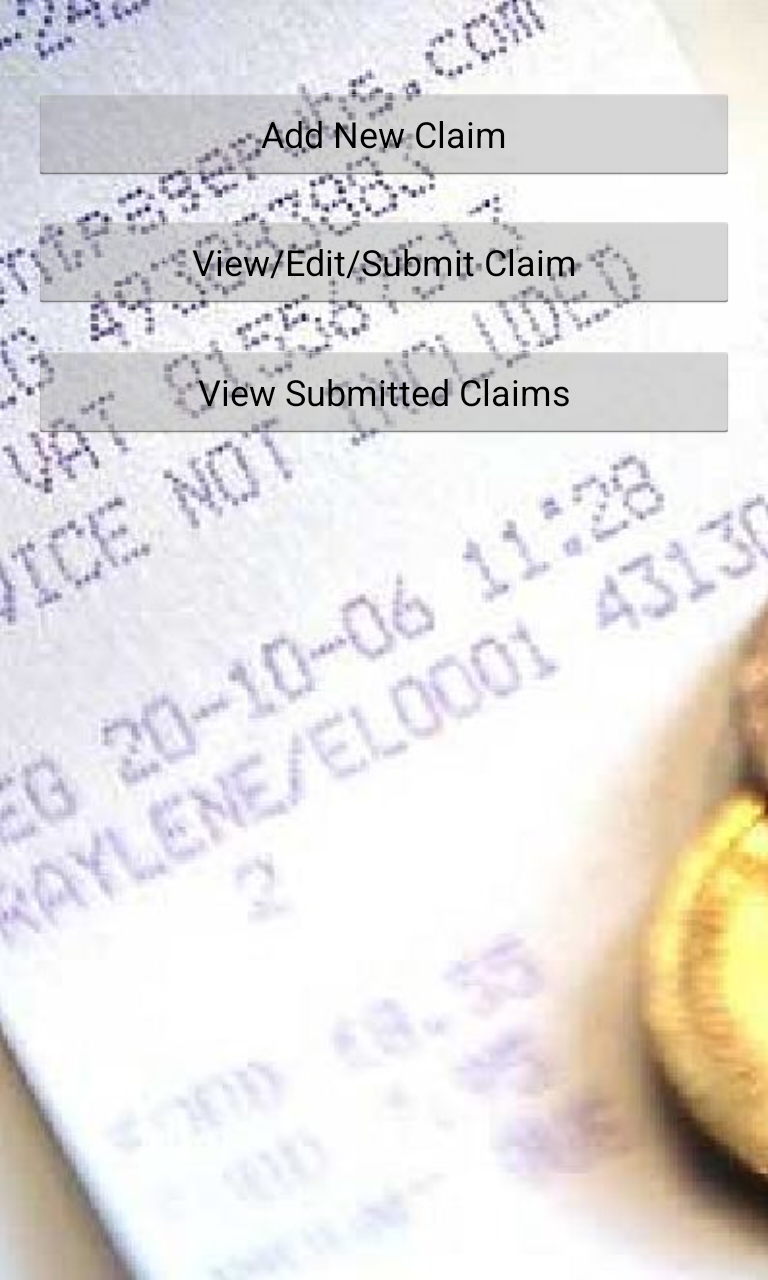
Repository: eorodrig/eorodrigTravelLogger
Layout: TravelLogger/res/layout/activity_main.xml
These files come from the project's save history. The layout is drawn as it stood at one moment and after the next save; the edit follows.
It is drawn on a 768 x 1280 px phone screen (xhdpi) without system bars, with theme AppTheme; the app's code is not run.

Above is the layout before, as saved 2015-01-16 05:41:00.

### TravelLogger/res/layout/activity_main.xml
<RelativeLayout xmlns:android="http://schemas.android.com/apk/res/android"
    xmlns:tools="http://schemas.android.com/tools"
    android:id="@+id/MainMenuLayout"
    android:layout_width="match_parent"
    android:layout_height="match_parent"
    android:background="@drawable/servicecharge2"
    android:orientation="vertical"
    android:paddingBottom="@dimen/activity_vertical_margin"
    android:paddingLeft="@dimen/activity_horizontal_margin"
    android:paddingRight="@dimen/activity_horizontal_margin"
    android:paddingTop="@dimen/activity_vertical_margin"
    tools:context="com.example.travellogger.MainActivity" >

    <Button
        android:id="@+id/MenuNewClaimButton"
        android:layout_width="match_parent"
        android:layout_height="wrap_content"
        android:layout_alignParentTop="true"
        android:layout_centerHorizontal="true"
        android:layout_marginTop="27dp"
        android:text="Add New Claim" />

    <Button
        android:id="@+id/ViewEditSubmitClaimButton"
        android:layout_width="match_parent"
        android:layout_height="wrap_content"
        android:layout_alignLeft="@+id/MenuNewClaimButton"
        android:layout_below="@+id/MenuNewClaimButton"
        android:layout_marginTop="16dp"
        android:text="View/Edit/Submit Claim" />

    <Button
        android:id="@+id/ViewSubmittedClaimsButton"
        android:layout_width="match_parent"
        android:layout_height="wrap_content"
        android:layout_alignLeft="@+id/ViewEditSubmitClaimButton"
        android:layout_below="@+id/ViewEditSubmitClaimButton"
        android:layout_marginTop="17dp"
        android:text="View Submitted Claims" />

</RelativeLayout>

Loaded but not shown: TravelLogger/res/values/styles.xml (common file); TravelLogger/res/values-v11/styles.xml (common file); TravelLogger/res/values-v14/styles.xml (common file); TravelLogger/res/values/dimens.xml (common file); TravelLogger/res/values-w820dp/dimens.xml (common file)

After the next save:
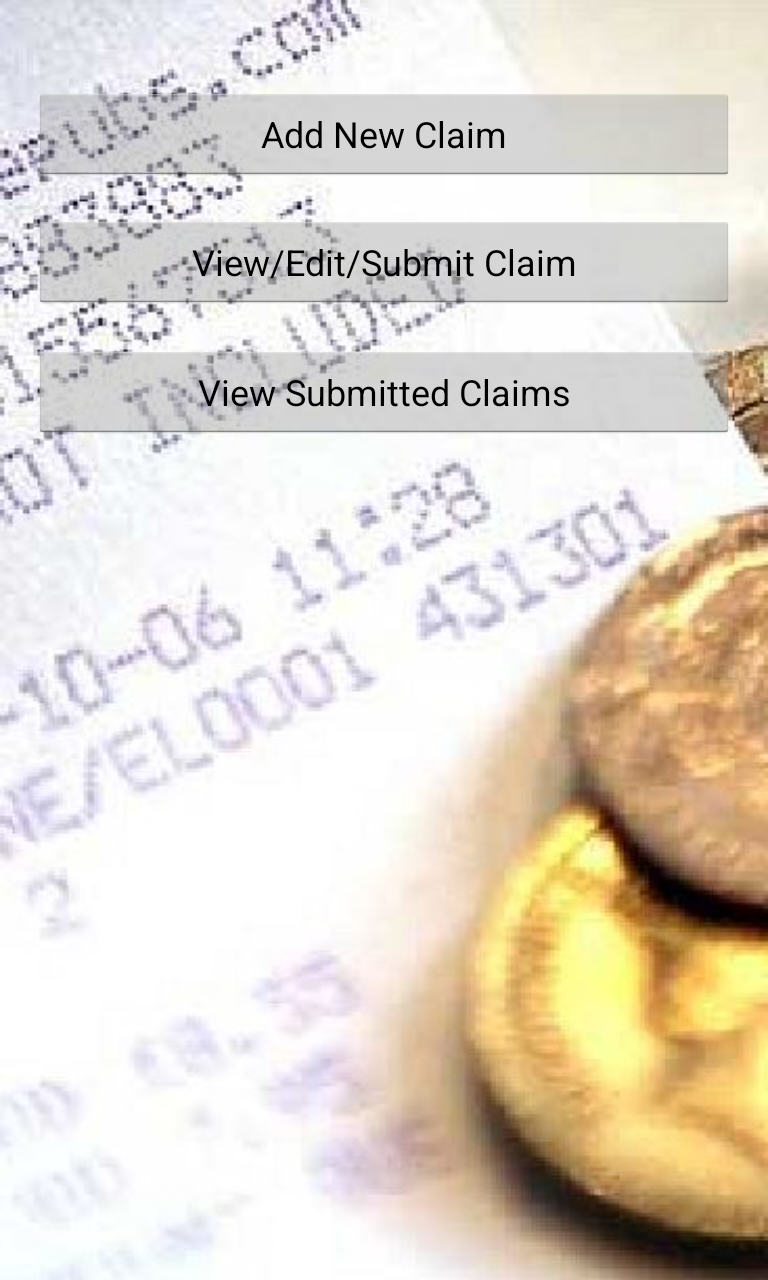
Saved 43 s later.
--- a/TravelLogger/res/layout/activity_main.xml
+++ b/TravelLogger/res/layout/activity_main.xml
@@ -3,7 +3,7 @@
     android:id="@+id/MainMenuLayout"
     android:layout_width="match_parent"
     android:layout_height="match_parent"
-    android:background="@drawable/servicecharge2"
+    android:background="@drawable/servicecharge3"
     android:orientation="vertical"
     android:paddingBottom="@dimen/activity_vertical_margin"
     android:paddingLeft="@dimen/activity_horizontal_margin"
